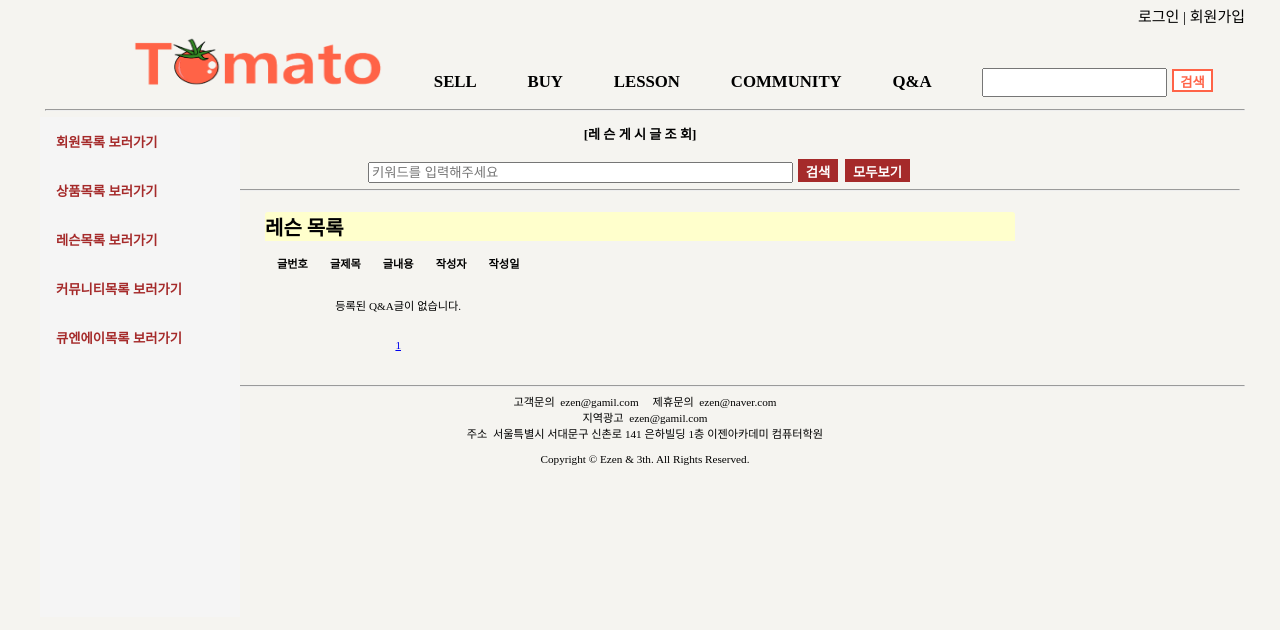
Repository: javadogfoot/semi-project
Page: http://localhost/tomato/admin/lessonListAll_admin.jsp
An editor plug-in stored every save of this project. The page is shown before and after the next save, followed by the edit.
The browser window is 1280 px wide. The pictures show the whole page.
The page is served by Tomcat 9. Other server files are loaded and not shown. Queries for data that is not in the repository find no rows.

Above is the page before, as saved 2021-10-18 06:33:39.

### semi프로젝트워크스페이스/tomato/src/main/webapp/admin/lessonListAll_admin.jsp
<%@ page language="java" contentType="text/html; charset=UTF-8"
    pageEncoding="UTF-8"%>
<%request.setCharacterEncoding("utf-8"); %>
<%@ page import="java.util.*" %>
<%@ page import="tomato.lesson.*" %>
<jsp:useBean id="ldao" class="tomato.lesson.LessonDAO"></jsp:useBean>
<!DOCTYPE html>
<html>
<head>
<meta charset="UTF-8">
<title>Insert title here</title>
<link rel="stylesheet" type="text/css" href="/tomato/css/mainLayout.css">
<style>
#joinbtn1{
   background-color: brown;
   color: white;
   font-weight: bold;
   height:23px;
   border: none;
   margin:2px;
   border: 2px solid brown;
}
#joinbtn1:hover{

   background: #f5f4f0;
   color: brown;
   font-weight: bold;
   height:23px;
   border: none;
   margin:2px;
}
.sidebar {
font-size : 3px;
font-weight : bold;
height: 500px;
width: 200px;
color: #999;
background: #f5f5f5;
}
.sidebar a {
padding: 15px 16px 15px 16px;
text-decoration: none;
font-size: 10pt;
color: brown;
display: block;
border: 1px bold tomato;
}
.sidebar a:hover {
color: tomato;
}
form {
   text-align : center;
}
h3{
   text-align: center;
}
li {
   list-style-type: none;
}
h4 {
   text-align: center;
   margin: 0px auto;
}
aside {
   width:200px;
   float:left;
}
fieldset{
   margin: 0px auto;
   width: 700px;
   text-align: center;
}
.table-responsive {
    width: 750px;
   margin: 0px auto;
   padding:15px;
    }
.table-title {
      background: #ffffcc;
      color: #red;
      margin: 0px auto;
      border-radius: 3px 3px 0 0;
}
.table-title h2 {
      font-size: 20px;
      font-color: #e9e9e9;
      margin: 0px auto;
}
table.table tr th, table.table tr td {
        border-color: #e9e9e9;
      padding: 12px 10px;
      vertical-align: middle;
}
table.table-striped.table-hover tbody tr:hover {
      background: #f5f5f5
}
</style>
<script>
function showListAll(){
   location.href='lessonListAll_admin.jsp';
}
</script>
</head>
<%
int totalCnt=ldao.getTotalCnt();//총게시물 수
int listSize=40;//보여줄 리스트 수
int pageSize=5;//보여줄 페이지 수

String cp_s=request.getParameter("cp");
if(cp_s==null||cp_s.equals("")){
   cp_s="1";
}

int cp=Integer.parseInt(cp_s);//사용자 위치

int totalPage=(totalCnt/listSize)+1;
if(totalCnt%listSize==0)totalPage--;


int userGroup=cp/pageSize;
if(cp%pageSize==0)userGroup--;
%>
<body>
<%@include file="/header.jsp" %>
<aside>
   <div class="sidebar" style="position:absolute;">
      <div></div><a href="memberList_admin.jsp">회원목록 보러가기</a>
      <div></div><a href="buyList_admin.jsp">상품목록 보러가기</a>
      <div></div><a href="lessonList_admin.jsp">레슨목록 보러가기</a>
      <div></div><a href="communityList_admin.jsp">커뮤니티목록 보러가기</a>
      <div></div><a href="qnaList_admin.jsp">큐엔에이목록 보러가기</a>
   </div>
</aside>
<section>
      <h3>[레 슨 게 시 글 조 회]</h3>
</section>
<section>
   <form name="keywordFind" method="post">
      <input type="text" name="keyword" placeholder="키워드를 입력해주세요" size="50">
      <input type="submit" value="검색" id="joinbtn1">
      <input type="button" name="listAll" value="모두보기" id="joinbtn1" onclick="showListAll()">
   </form>
</section>
<section>
   <hr>
      <%
      if(request.getMethod().equals("GET")){
         %>
</section>
       <article>
          <div class="container">
          <div class="table-responsive">
            <div class="table-wrapper">
            <div class="table-title">
                <div class="row">
                    <div class="col-xs-5">
                        <h2>레슨 <b>목록</b></h2>
                    </div>
                </div>
            </div>
            <table class="table table-striped table-hover">
         <thead>
            <tr>
               <th>글번호</th>
               <th>글제목</th>
               <th>글내용</th>
               <th>작성자</th>
               <th>작성일</th>
            </tr>
         </thead>
         <tfoot>
            <tr>
               <td colspan="5" align="center">
               <%
               if(userGroup!=0){
                  %>
                  <a href="lessonListAll_admin.jsp?cp=<%=(userGroup-1)*pageSize+pageSize%>">&lt;&lt;</a>
                  <%
               }
               %>
               <%
               for(int i=userGroup*pageSize+1;i<=userGroup*pageSize+pageSize;i++){
                  %>&nbsp;&nbsp;&nbsp;<a href="lessonListAll_admin.jsp?cp=<%=i%>"><%=i%></a>&nbsp;&nbsp;&nbsp;<%
                  if(i==totalPage){
                     break;
                  }
               }
               %>
               <%
               if(userGroup!=(totalPage/pageSize)-(totalPage%pageSize==0?1:0)){
                  %>
                  <a href="lessonListAll_admin.jsp?cp=<%=(userGroup+1)*pageSize+1%>">&gt;&gt;</a>
                  <%
               }
               %>
               </td>
            </tr>
         </tfoot>
         <tbody>
            <%
            ArrayList<LessonDTO> arr=ldao.lessonList(cp,listSize);
            if(arr==null||arr.size()==0){
               %>
               <tr>
                  <td colspan="5" align="center">
                  등록된 Q&A글이 없습니다.
                  </td>
               </tr>
               <%
            }else {
               for(int i=0;i<arr.size();i++){
                  %>
                  <tr>
                    <td><%=arr.get(i).getL_idx() %></td>
                    <td><a href="/tomato/lesson/lessonContent.jsp?l_idx=<%=arr.get(i).getL_idx() %>"><%=arr.get(i).getL_name() %></a></td>
                    <td><%=arr.get(i).getL_con() %></td>
                    <td><%=arr.get(i).getM_name() %></td>
                    <td><%=arr.get(i).getL_joindate() %></td>
                 </tr>
                  <%
               }
            }
            %>
           </tbody>
        </table>
        </div>
        </div>
        </div>
        </article>
         <%
      }else {
         %>
         <jsp:include page="lessonKeywordFind_ok.jsp"></jsp:include>
         <%
      }
      %>

<%@include file="/footer.jsp" %>
</body>
</html>

### semi프로젝트워크스페이스/tomato/src/main/webapp/header.jsp
<%@ page language="java" contentType="text/html; charset=UTF-8"
    pageEncoding="UTF-8"%>
<!DOCTYPE html>
<html>
<head>
<meta charset="UTF-8">
<title>Insert title here</title>
<style>
html {
    font-size: 70%;
    height: 50%;
}
#joinbtn2{
   background-color: white;
   color: tomato;
   font-weight: bold;
   height:23px;
   border: none;
   margin:2px;
   border: 2px solid tomato;
}
#joinbtn2:hover{
   background-color: tomato;
   color: white;
   font-weight: bold;
   height:23px;
   border: none;
   margin:2px;
   border: 2px solid tomato;
}
</style>
</head>
<body>
<header>
<%
String m_id=(String)session.getAttribute("m_id");
String m_name=(String)session.getAttribute("m_name");
if(m_id==null){
   %>
   <div>
   <a href="/tomato/member/login.jsp">로그인</a> | <a href="/tomato/member/join.jsp">회원가입</a>
   </div>
   <%
}else{
      %>
   <div>
   <%
   if(m_id.equals("admin")){
      %>
      <a href="/tomato/admin/memberList_admin.jsp"><%=m_name %>님 마이페이지</a> |
      <%
   }else{
      %>
      <a href="/tomato/member/mypage.jsp"><%=m_name %>님 마이페이지</a> |
      <%
   }
   %>
   <a href="/tomato/member/logout.jsp">로그아웃</a>
   </div>
   <%
}
%>
<nav>
<ul>
   <li><h1><a href="/tomato/index.jsp"><img src="/tomato/img/토마토_메인로고.png" alt="메인로고" height="50px" width="250px"></a></h1></li>
   <li><h2><a href="/tomato/sell/sell.jsp">SELL</a></h2></li>
   <li><h2><a href="/tomato/buy/buyList.jsp?col=s_idx&range=desc">BUY</a></h2></li>
   <li><h2><a href="/tomato/lesson/lessonList.jsp">LESSON</a></h2></li>
   <li><h2><a href="/tomato/community/community.jsp">COMMUNITY</a></h2></li>
   <li><h2><a href="/tomato/qna/qnaList.jsp">Q&A</a></h2></li>
   <li><input type="text" name="searchBar">
      <input type="submit" value="검색" id="joinbtn2"></li>
</ul>
</nav>
<hr/>
</header>
</body>
</html>

### semi프로젝트워크스페이스/tomato/src/main/webapp/footer.jsp
<%@ page language="java" contentType="text/html; charset=UTF-8"
    pageEncoding="UTF-8"%>
<!DOCTYPE html>
<html>
<head>
<meta charset="UTF-8">
<title>Insert title here</title>
</head>
<body>
<footer>
<hr/>
<div>
고객문의&nbsp;&nbsp;ezen@gamil.com &nbsp;&nbsp;&nbsp;&nbsp;제휴문의&nbsp;&nbsp;ezen@naver.com
<br/>
지역광고&nbsp;&nbsp;ezen@gamil.com
<br/>
주소&nbsp;&nbsp;서울특별시 서대문구 신촌로 141 은하빌딩 1층 이젠아카데미 컴퓨터학원
</div>
<br/>
<div>Copyright &copy; Ezen & 3th. All Rights Reserved.</div>
</footer>
</body>
</html>

### semi프로젝트워크스페이스/tomato/src/main/java/tomato/db/TomatoDB.java
package tomato.db;

import java.sql.*;
import javax.sql.*;
import javax.naming.*;

public class TomatoDB {

	static DataSource ds;

	static{
		try {
		Context initContext = new InitialContext();
		Context envContext  = (Context)initContext.lookup("java:/comp/env");
		ds = (DataSource)envContext.lookup("jdbc/myoracle");
		}catch(Exception e) {
			e.printStackTrace();
		}
	}

	public static Connection getConn() throws Exception{
		return ds.getConnection();
	}
}

### semi프로젝트워크스페이스/tomato/src/main/webapp/css/mainLayout.css
@charset "UTF-8";
body{
   background-color: #f5f4f0;
   margin: 5px auto;
   width: 1200px;
}
header{
   width: 1200px;
   margin: 5px;
}
header div{
   text-align: right;
   font-size: 15px;
}
header div a{
   color: black;
   text-decoration: none;
}
header div a:hover{
   color: black;
   text-decoration: underline;
}
h1{
   font-size: 45px;
   color: tomato;
   display: inline;
}
h1 a{
   text-decoration: none;
   color: tomato;
}
h2{
   color: black;
   display: inline;
}
h2 a{
   text-decoration: none;
   color: black;
}
header nav li{
   list-style-type: none;
   display: inline;
   color: black;
   margin-left: 48px;
}
header input{

   height: 23px;
}
section{
   width: 1200px;
}
footer{
   width: 1200px;
   clear: both;
   margin: 5px;
   text-align: center;
}

Loaded but not shown: semi프로젝트워크스페이스/tomato/src/main/java/tomato/lesson/LessonDAO.java (784 lines, source omitted)

After the next save:
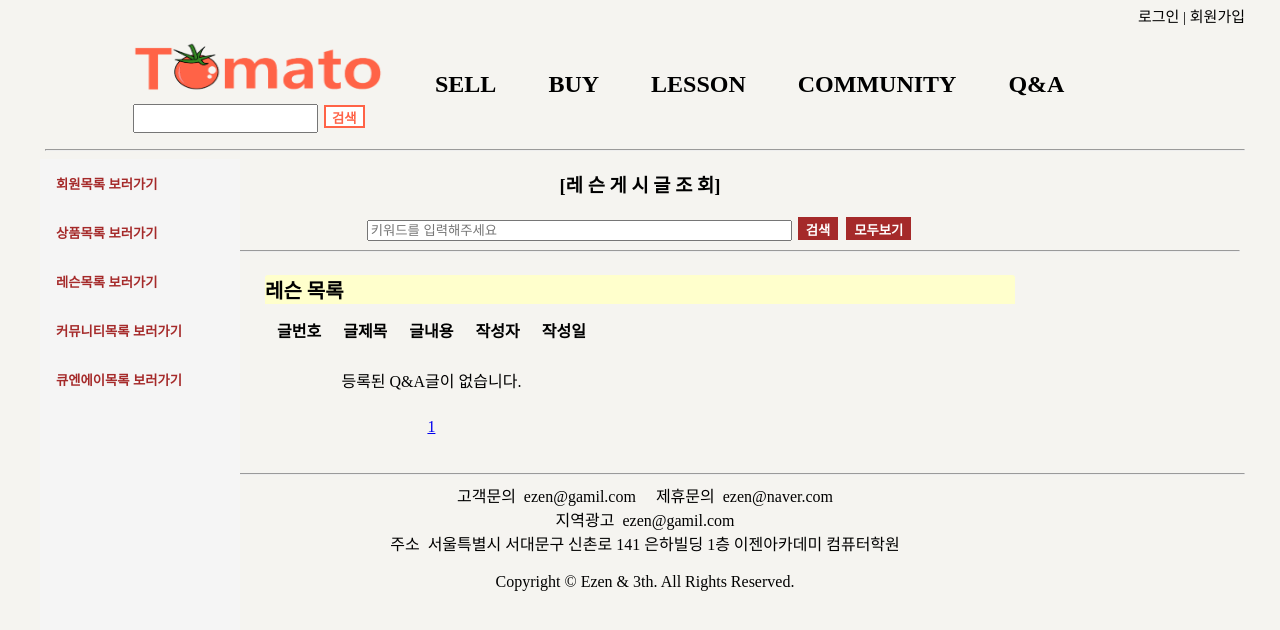
Saved 9 s later.
--- a/semi프로젝트워크스페이스/tomato/src/main/webapp/header.jsp
+++ b/semi프로젝트워크스페이스/tomato/src/main/webapp/header.jsp
@@ -6,10 +6,7 @@
 <meta charset="UTF-8">
 <title>Insert title here</title>
 <style>
-html {
-    font-size: 70%;
-    height: 50%;
-}
+
 #joinbtn2{
    background-color: white;
    color: tomato;
